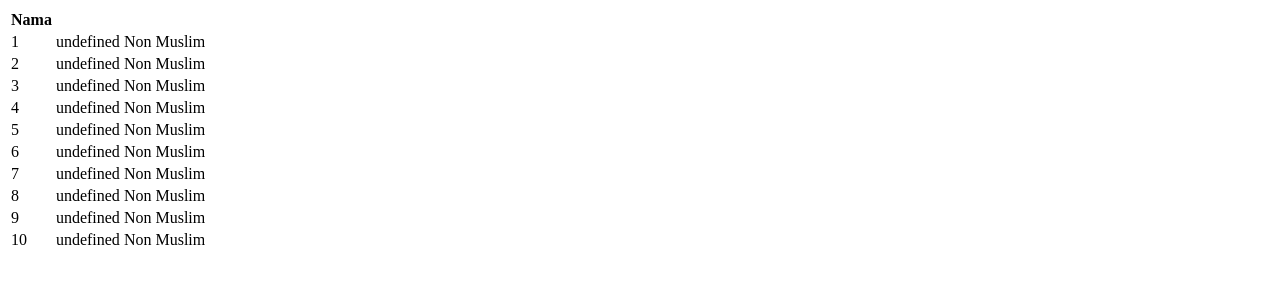
Repository: AHSANS354/Tugas-MSIB-5-GitHub
Page: tugasper3js.html
These files come from the project's save history. The page is drawn as it stood at one moment and after the next save; the edit follows.
The browser window is 1280 px wide. The pictures show the whole page.

Above is the page before, as saved 2023-09-09 16:41:25.

### tugasper3js.html
<script>
  let pegawai = ["pegawai1", "pegawai2", "pegawai3", "pegawai4", "pegawai5", "pegawai6", "pegawai7", "pegawai8", "pegawai9", "pegawai10"];
  let jabatan = "";

  if (pegawai == "pegawai1" && pegawai == "pegawai2") jabatan = "Manager";
  else if (pegawai == "pegawai3" && pegawai == "pegawai5") jabatan = "Asisten Manager";
  else if (pegawai == "pegawai6" && pegawai == "pegawai8") jabatan = "Supervisor";
  else if (pegawai == "pegawai9" && pegawai == "pegawai10") jabatan = "Staff";
  else jabatan = "";

  let gapok = "";

  switch (jabatan) {
    case "Manager":
      gapok = 15000000;
      break;
    case "Asisten Manager":
      gapok = 10000000;
      break;
    case "Supervisor":
      gapok = 7000000;
      break;
    case "Staff":
      gapok = 4000000;
      break;
    default:
      gapok = 0;
      break;
  }

  let tunjangan_jabatan = 0.2 * gapok;
  let tunjangan_kes = 0.1 * gapok;
  let gaji_kotor = gapok + tunjangan_jabatan + tunjangan_kes;
</script>
<table>
  <thead>
    <tr>
      <th>Nama</th>
    </tr>
  </thead>
  <tbody>
    <script>
      let no = 1;
      for (s of pegawai) {
        let agama = s.pegawai % 2 == 1 ? "Muslim" : "Non Muslim";

        document.write(`<tr>
                    <td>${no++}</td>
                    <td>${s.pegawai}</td>
                    <td>${agama}</td></tr>`);
      }
    </script>
  </tbody>
</table>

After the next save:
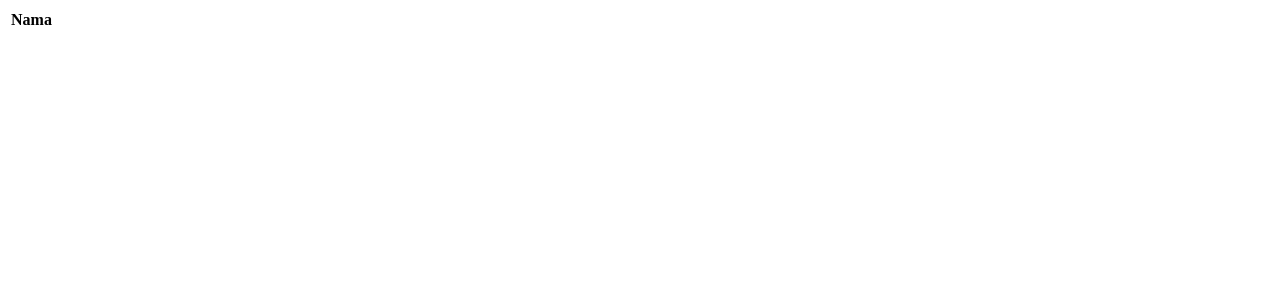
Console error: TypeError: Cannot read properties of undefined (reading 'length')
Saved 32 s later.
--- a/tugasper3js.html
+++ b/tugasper3js.html
@@ -42,7 +42,7 @@
     <script>
       let no = 1;
       for (s of pegawai) {
-        let agama = s.pegawai % 2 == 1 ? "Muslim" : "Non Muslim";
+        let agama = s.pegawai.length % 2 == 1 ? "Muslim" : "Non Muslim";
 
         document.write(`<tr>
                     <td>${no++}</td>

After the save that followed:
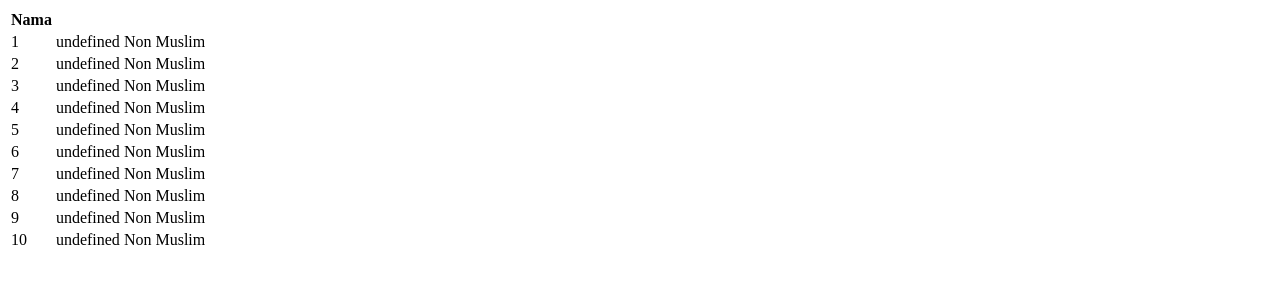
The error is gone.
Saved 60 s later.
--- a/tugasper3js.html
+++ b/tugasper3js.html
@@ -31,6 +31,7 @@
   let tunjangan_jabatan = 0.2 * gapok;
   let tunjangan_kes = 0.1 * gapok;
   let gaji_kotor = gapok + tunjangan_jabatan + tunjangan_kes;
+  let agama = pegawai.length % 2 == 1 ? "Muslim" : "Non Muslim";
 </script>
 <table>
   <thead>
@@ -42,8 +43,6 @@
     <script>
       let no = 1;
       for (s of pegawai) {
-        let agama = s.pegawai.length % 2 == 1 ? "Muslim" : "Non Muslim";
-
         document.write(`<tr>
                     <td>${no++}</td>
                     <td>${s.pegawai}</td>
